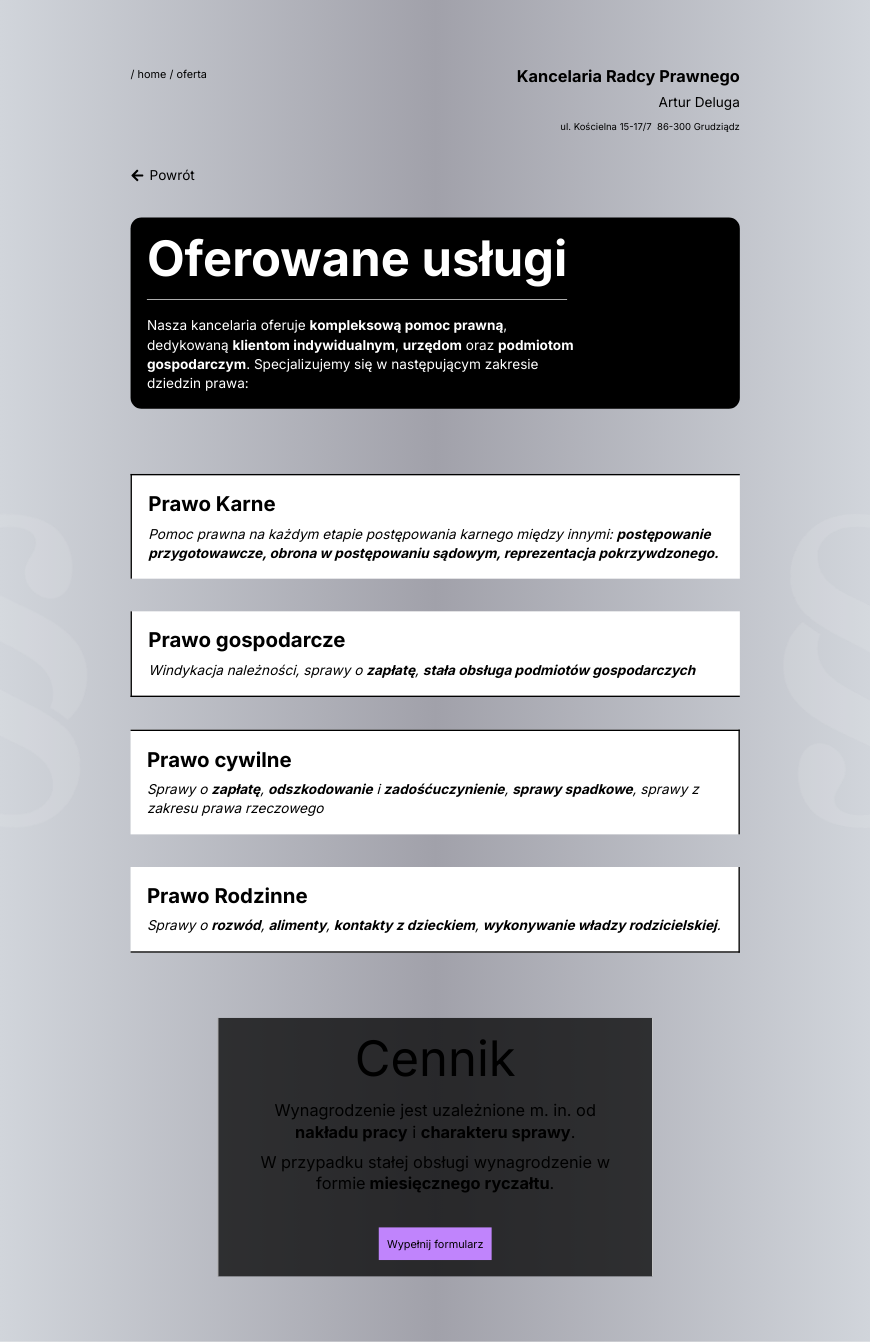
Repository: wesiudev/kancelaria-artur-deluga
Page: /oferta
These files come from the project's save history. The page is drawn as it stood at one moment and after the next save; the edit follows.
The browser window is 1280 px wide. The pictures show the whole page, at 68% of full size.
The project was rebuilt for these pictures with package versions that can differ from the ones it lists, and the page was loaded fresh each time. The framework's server and built-in components were replaced by stand-ins that run in the browser. Also part of the build but not shown: next.config.js.

Above is the page before, as saved 2023-08-09 16:31:52.

After the next save:
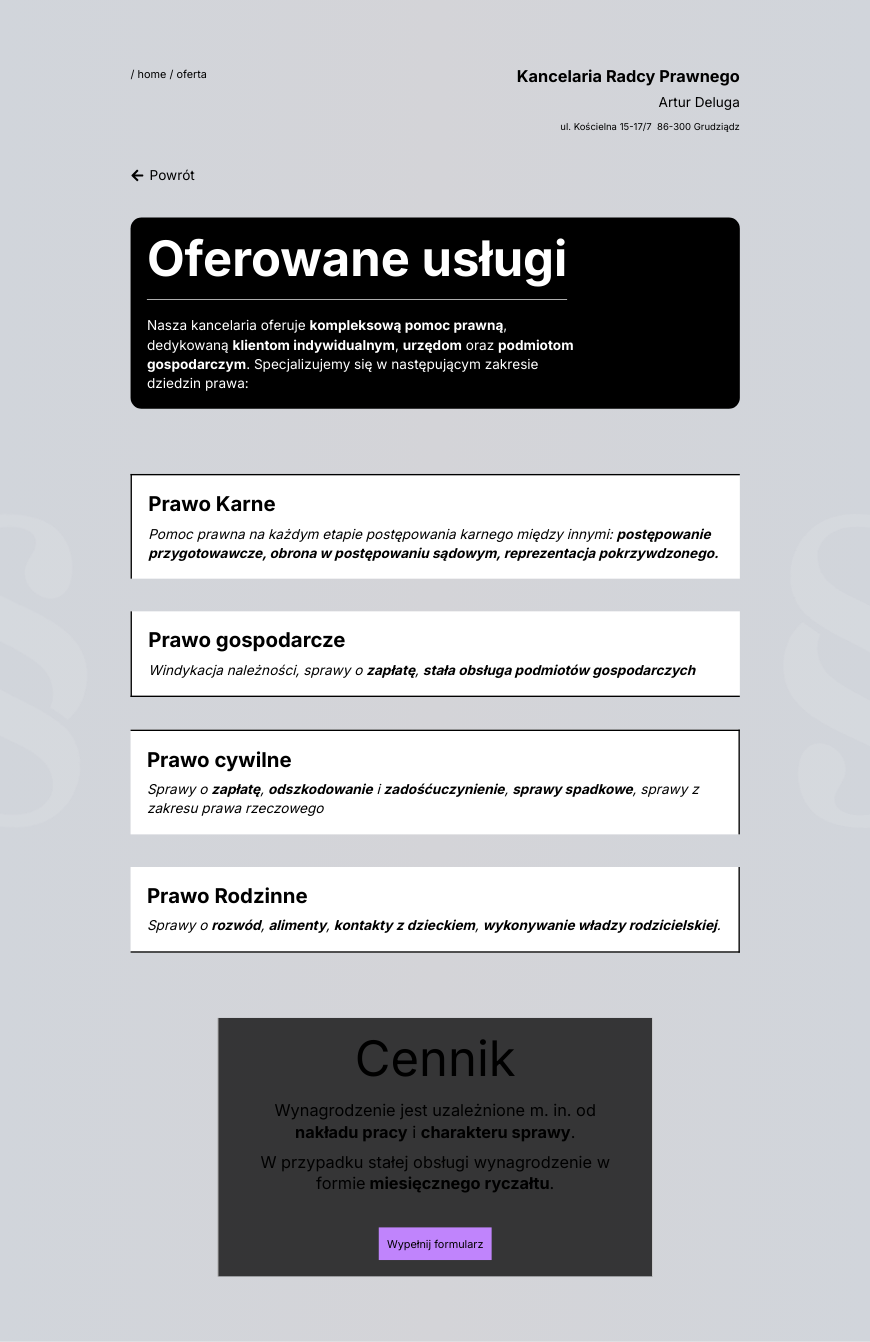
Saved 20 s later.
--- a/app/oferta/page.tsx
+++ b/app/oferta/page.tsx
@@ -30,7 +30,7 @@ export default function OfferMobile() {
     } catch (error) {}
   };
   return (
-    <div className="w-full mx-auto z-[2000] bg-gradient-to-r from-gray-300 via-zinc-400 to-gray-300 overflow-x-hidden text-black">
+    <div className="w-full mx-auto z-[2000] bg-gradient-to-r from-gray-300 via-zinc-300 to-gray-300 overflow-x-hidden text-black">
       <div className="flex flex-col space-x-[100px] min-h-screen items-center py-24">
         <div className="flex flex-col w-[85vw] lg:w-[70vw] 2xl:w-[60vw] min-h-screen justify-center ">
           <Image
